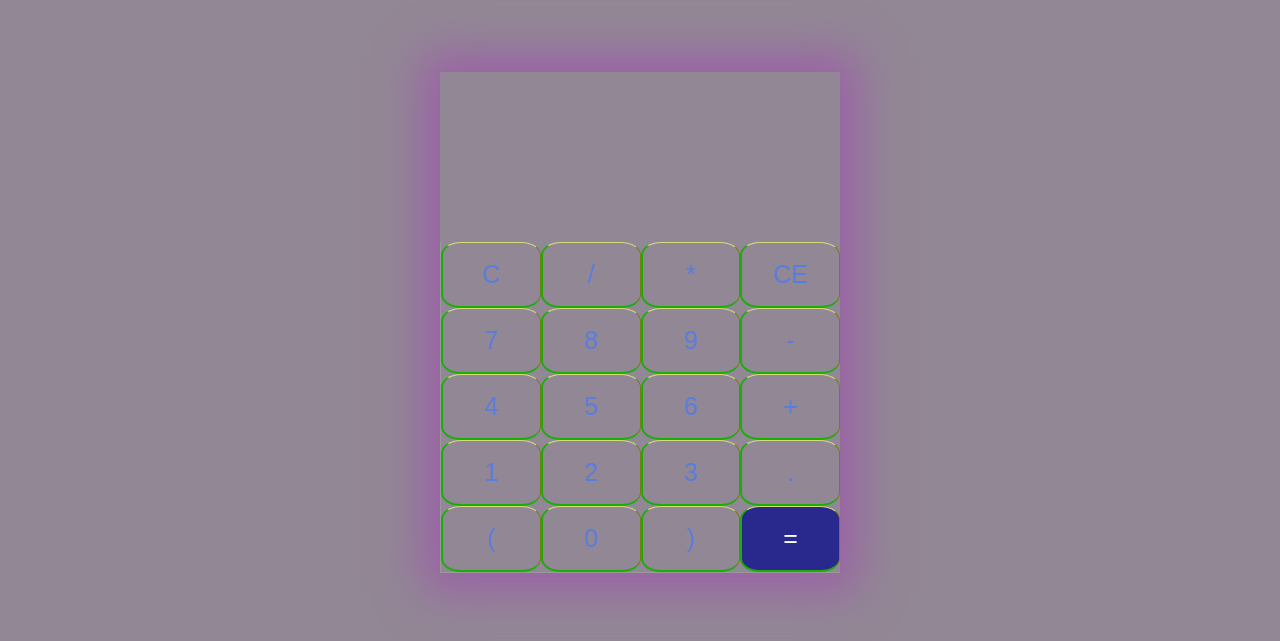
Repository: LuisMiLR/Calculatrice-with-JS---HTML---CSS-
Page: index.html
The author's editor kept a copy of each file at every save. The page is drawn from the files as they stood at one save, then again after the next save.
The browser window is 1280 px wide. The pictures show the whole page.

Above is the page before, as saved 2023-03-20 21:18:58.

### index.html
<!DOCTYPE html>
<html lang="fr">
<head>
    <meta charset="UTF-8">
    <meta http-equiv="X-UA-Compatible" content="IE=edge">
    <meta name="viewport" content="width=device-width, initial-scale=1.0">
    <title>Calculator with javascript</title>
    <link rel="stylesheet" href="./style.css">

</head>
<body>
    <div class="container"></div>
    <script src="app.js" type="module"></script>
</body>
</html>

### style.css
*{
    padding: 0;
    margin: 0;
    font-family: sans-serif;
    box-sizing: border-box;
    background-color: rgb(146, 135, 149);
}
.container {
    max-width: 400px;
    margin: 10vh auto 0 auto;
    box-shadow: 0px 0px 43px 17px rgb(155, 96, 167);
}

#display {
    text-align: right;
    height: 170px;
    border: #999;
    border-radius: 20%;
    line-height: 70px;
    padding: 16px 8px;
    font-size: 25px;
}

.buttons {
    display: grid;
    border-bottom: 1px solid #999;
    border-left: 1px solid#999;
    color: rgb(89, 125, 222);
    grid-template-columns: 1fr 1fr 1fr 1fr;
}

.buttons > div {
    border-top: 1px solid #d4db7b;
    border-right: 1px solid#767c18;
}

.bouton,
.bouton1,
.bouton2,
.bouton3,
.bouton4,
.bouton5,
.bouton6,
.bouton7,
.bouton8,
.bouton9,
.bouton10,
.bouton11,
.bouton12,
.bouton13,
.bouton14,
.bouton15,
.bouton16,
.bouton17,
.bouton18,
.bouton19
{
    border: 2.5px solid #19ae08;
    line-height: 63px;
    border-radius: 20%;
    text-align: center;
    font-size: 25px;
    cursor: pointer;
}

#egal {
    background-color: rgb(40, 40, 141);
    color: white;
}

.bouton:hover,
.bouton1:hover,
.bouton2:hover,
.bouton3:hover,
.bouton4:hover,
.bouton5:hover,
.bouton6:hover,
.bouton7:hover,
.bouton8:hover,
.bouton9:hover,
.bouton10:hover,
.bouton11:hover,
.bouton12:hover,
.bouton13:hover,
.bouton14:hover,
.bouton15:hover,
.bouton16:hover,
.bouton17:hover,
.bouton18:hover,
.bouton19:hover {
    background-color: rgb(105, 42, 126);
    transition: 0.5s ease-in-out;
}

### app.js
//document.addEventListener('DOMContentLoaded', () => {
const container = document.querySelector('.container');

const divId = document.createElement("div");
container.appendChild(divId);
divId.id = 'display';

let buttons = document.createElement("div");
buttons.classList.add("buttons");
container.appendChild(buttons);

const button = document.createElement('div');
button.className = "bouton";
button.textContent = "C";
buttons.appendChild(button);

const button1 = document.createElement('div');
button1.className = "bouton1";
button1.textContent = "/";
buttons.appendChild(button1);

const button2 = document.createElement('div');
button2.className = "bouton2";
button2.textContent = "*";
buttons.appendChild(button2);

const button3 = document.createElement('div');
button3.className = "bouton3";
button3.textContent = "CE";
buttons.appendChild(button3);

const button4 = document.createElement('div');
button4.className = "bouton4";
button4.textContent = "7";
buttons.appendChild(button4);

const button5 = document.createElement('div');
button5.className = "bouton5";
button5.textContent = "8";
buttons.appendChild(button5);

const button6 = document.createElement('div');
button6.className = "bouton6";
button6.textContent = "9";
buttons.appendChild(button6);

const button7 = document.createElement('div');
button7.className = "bouton7";
button7.textContent = "-";
buttons.appendChild(button7);

const button8 = document.createElement('div');
button8.className = "bouton8";
button8.textContent = "4";
buttons.appendChild(button8);

const button9 = document.createElement('div');
button9.className = "bouton9";
button9.textContent = "5";
buttons.appendChild(button9);

const button10 = document.createElement('div');
button10.className = "bouton10";
button10.textContent = "6";
buttons.appendChild(button10);

const button11 = document.createElement('div');
button11.className = "bouton11";
button11.textContent = "+";
buttons.appendChild(button11);

const button12 = document.createElement('div');
button12.className = "bouton12";
button12.textContent = "1";
buttons.appendChild(button12);

const button13 = document.createElement('div');
button13.className = "bouton13";
button13.textContent = "2";
buttons.appendChild(button13);

const button14 = document.createElement('div');
button14.className = "bouton14";
button14.textContent = "3";
buttons.appendChild(button14);

const button15 = document.createElement('div');
button15.className = "bouton15";
button15.textContent = ".";
buttons.appendChild(button15);

const button16 = document.createElement('div');
button16.className = "bouton16";
button16.textContent = "(";
buttons.appendChild(button16);

const button17 = document.createElement('div');
button17.className = "bouton17";
button17.textContent = "0";
buttons.appendChild(button17);

const button18 = document.createElement('div');
button18.className = "bouton18";
button18.textContent = ")";
buttons.appendChild(button18);

const button19 = document.createElement("div");
button19.className = "bouton19";
button19.id = "egal";
button19.textContent = "=";
buttons.appendChild(button19);

let display = document.getElementById('display');
buttons = document.getElementsByClassName('bouton');
console.log(buttons);

/*buttons = Array.from(document.getElementsByClassName('bouton, bouton1, bouton2, bouton3, bouton4, bouton5, bouton6, bouton7, bouton8; bouton9, bouton10,bouton11, bouton12, bouton13, bouton14, bouton15, bouton16, bouton17, bouton18, bouton19'));

buttons.map( button => {
    button.addEventListener('click', (e) => {
        switch(e.target.innerText){
            case 'C':
                display.innerText = '';
                break;
            case 'CE':
                if(display.innerText){
                    display.innerText = display.innerText.slice(0,-1);
                }
                break;
            case '=':
                try{
                    display;innerText = eval(display.innerText);
                } catch {
                    display;innerText = 'Error';
                }
                break;
            default:
                display.innerText += e.target.innerText;
        }
    });
});*/

After the next save:
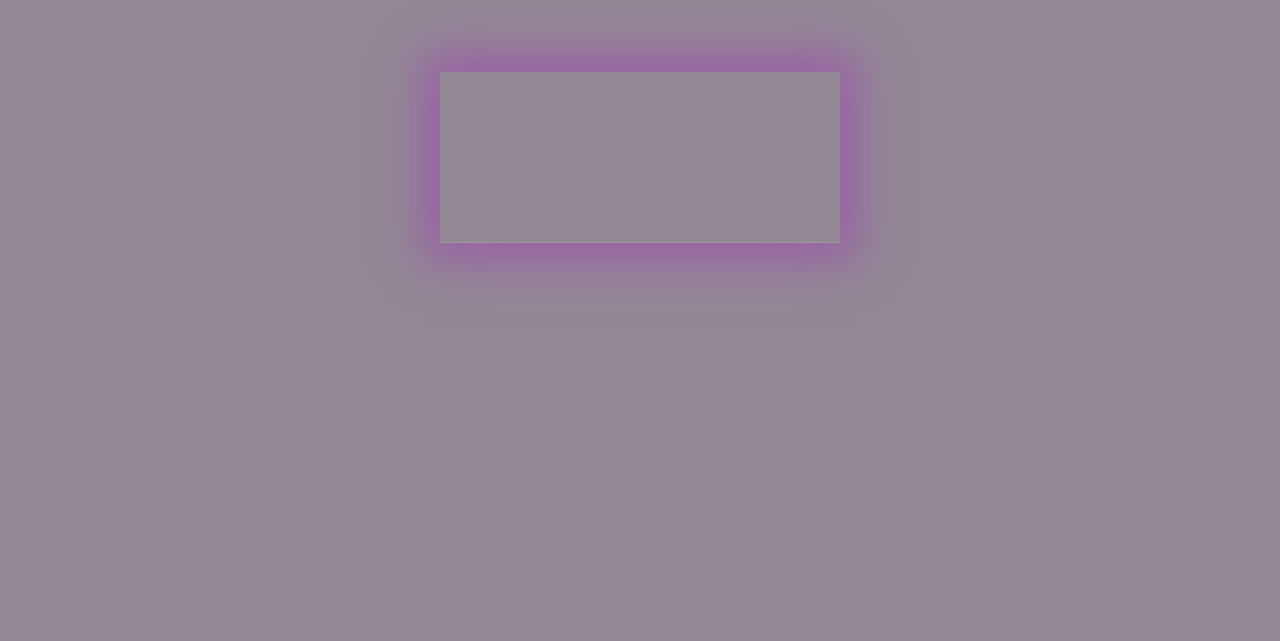
Console error: ReferenceError: b is not defined
Saved 102 s later.
--- a/app.js
+++ b/app.js
@@ -12,7 +12,7 @@
 const button = document.createElement('div');
 button.className = "bouton";
 button.textContent = "C";
-buttons.appendChild(button);
+buttons.appendChild(b);
 
 const button1 = document.createElement('div');
 button1.className = "bouton1";

After the 2 saves that followed:
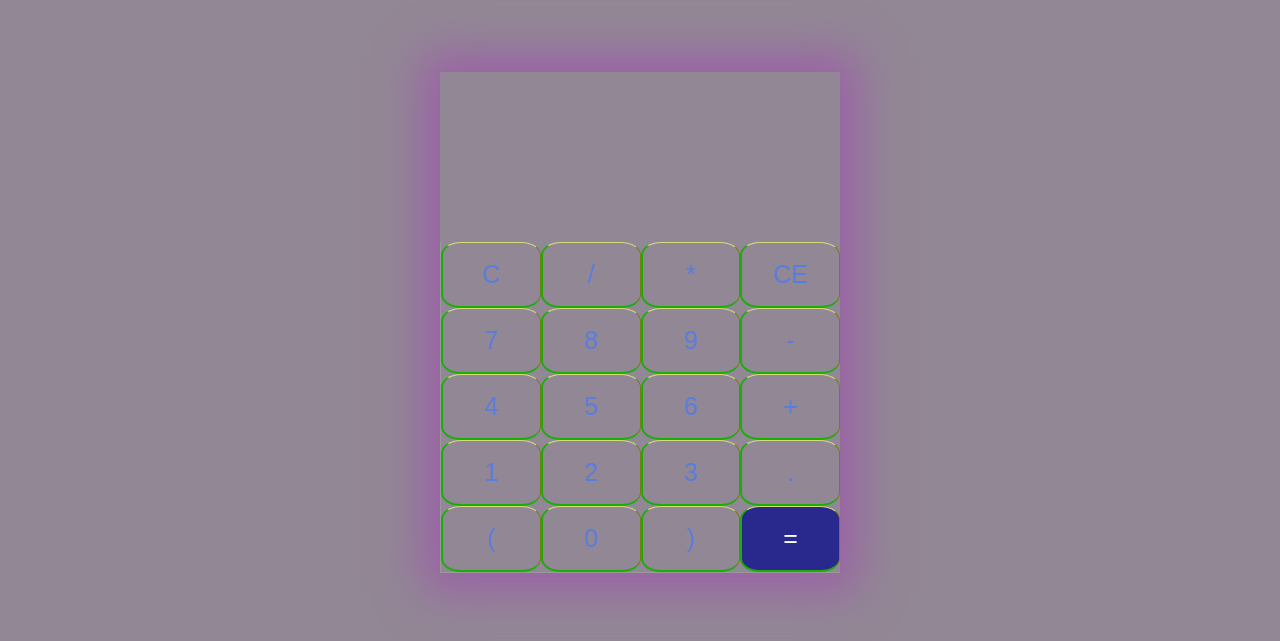
The error is gone.
The 2 saves are shown as one change because 1 left the picture as it was.
The last was saved 16 s later.
--- a/app.js
+++ b/app.js
@@ -12,7 +12,7 @@
 const button = document.createElement('div');
 button.className = "bouton";
 button.textContent = "C";
-buttons.appendChild(b);
+buttons.appendChild(button);
 
 const button1 = document.createElement('div');
 button1.className = "bouton1";
